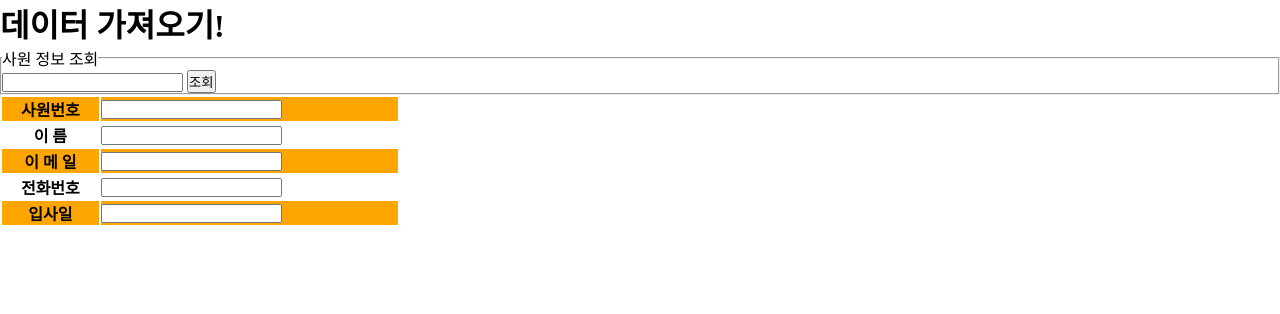
Repository: whdkwhdk90/JAVA
Page: 실습 코드/7. AJAX/UI_JQ_Ajax/WebContent/jq09_ajax.html
An editor plug-in stored every save of this project. The page is shown before and after the next save, followed by the edit.
The browser window is 1280 px wide. The pictures show the whole page.

Above is the page before, as saved 2020-06-22 04:06:04.

### 실습 코드/7. AJAX/UI_JQ_Ajax/WebContent/jq09_ajax.html
<!DOCTYPE html>
<html>
<head>
<meta charset="UTF-8">
<title>Insert title here</title>
<style type="text/css">
	*{
		margin : 0px;
		padding : 0px;
	}
	table{
		width : 400px;
	}
	table tr:nth-child(odd){
		background-color: orange;
	}
</style>
</head>
<body>
	<h1>데이터 가져오기!</h1>

	<fieldset>
		<legend>사원 정보 조회</legend>
		<input type="text" name="empid">
		<input type="button" id="emp_search" value="조회">
	</fieldset>
	<table>
		  <tr>
			    <th>사원번호</th>
			    <td><input type="text" name="empNum"></td>
		  </tr>
		  <tr>
			    <th>이 름</th>
			    <td><input type="text" name="lastName"></td>
		  </tr>
		  <tr>
			    <th>이 메 일</th>
			    <td><input type="text" name="email"></td>
		  </tr>
		  <tr>
			    <th>전화번호</th>
			    <td><input type="text" name="phone"></td>
		  </tr>
		   <tr>
			    <th>입사일</th>
			    <td><input type="text" name="hire"></td>
		  </tr>
	</table>

</body>
</html>

After the next save:
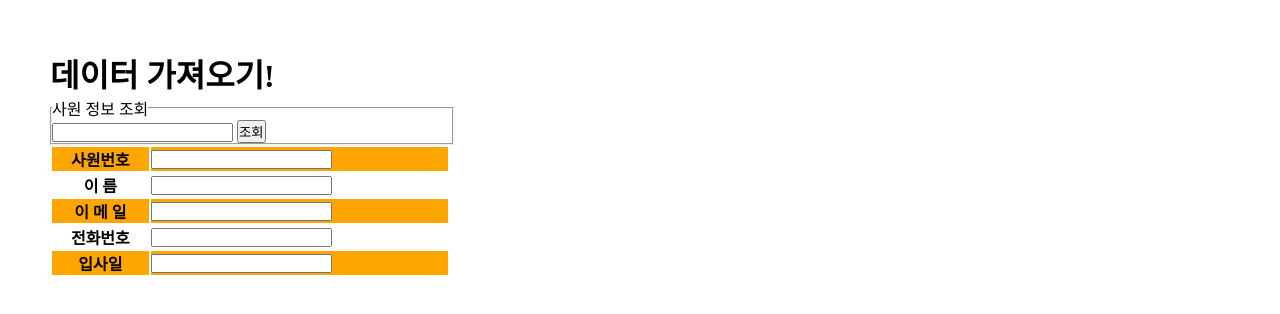
Saved 98 s later.
--- a/실습 코드/7. AJAX/UI_JQ_Ajax/WebContent/jq09_ajax.html
+++ b/실습 코드/7. AJAX/UI_JQ_Ajax/WebContent/jq09_ajax.html
@@ -13,6 +13,13 @@
 	}
 	table tr:nth-child(odd){
 		background-color: orange;
+	}
+	fieldset{
+		width : 400px;
+	}
+	body{
+		width : 1000px;
+		margin : 50px;
 	}
 </style>
 </head>
